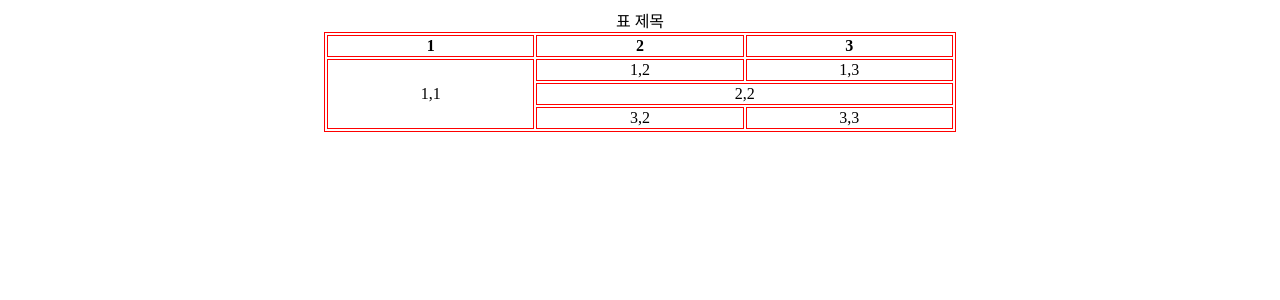
Repository: jjb5442/JSP
Page: 3Day/workspace/02_HTML_tutorial/src/main/webapp/07_Tutorial.html
An editor plug-in stored every save of this project. The page is shown before and after the next save, followed by the edit.
The browser window is 1280 px wide. The pictures show the whole page.

Above is the page before, as saved 2022-05-14 02:52:12.

After the next save:
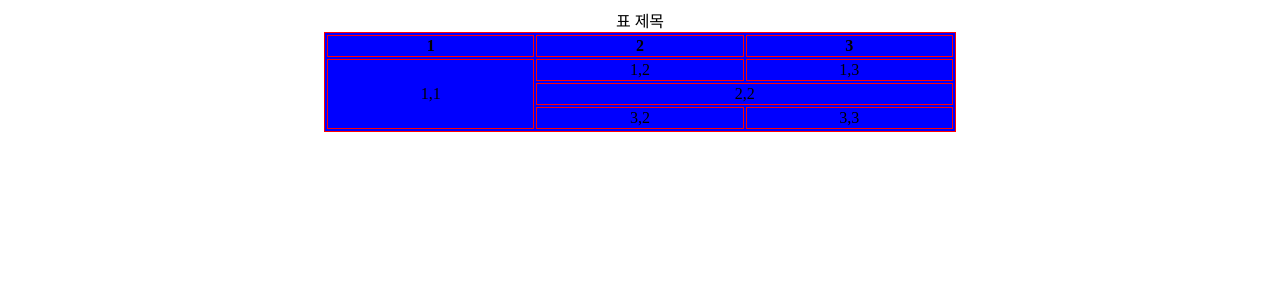
Saved 32 s later.
--- a/3Day/workspace/02_HTML_tutorial/src/main/webapp/07_Tutorial.html
+++ b/3Day/workspace/02_HTML_tutorial/src/main/webapp/07_Tutorial.html
@@ -6,7 +6,8 @@
 </head>
 <body>
 	<div align="center">
-		<table border="1" width="50%" height="50%" bordercolor="red"><!-- 표를 출력하는 태그 -->
+		<table border="1" width="50%" height="50%" bordercolor="red"
+			bgcolor="blue"><!-- 표를 출력하는 태그 -->
 			<caption>표 제목</caption><!-- 표 제목 태그 -->
 			<tr><!-- 행을 출력하는 태그 -->
 				<th>1</th><!-- 열 제목 태그 -->
